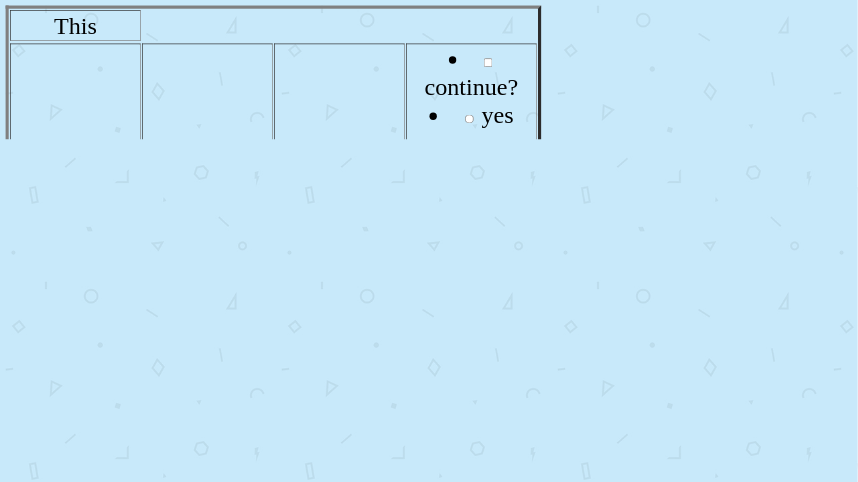
Repository: yiy225/yiy225.github.io
Page: page 3.html
The author's editor kept a record of every edit. The page is drawn from the files as they stood at one moment, then again after the next edit.
The browser window is 1280 px wide. The pictures show the whole page, at 67% of full size.

Above is the page before.

### page 3.html
<!DOCTYPE html>
<html>
    <head>
        <title>3rd page</title>
        <link href="styles 3.css" rel="stylesheet">
    </head>
    <body>

    <div class= div1></div>

    <div class= div2>
        <table border="5">
        <tr>
        <td>This</td>
        </tr>
        <tr>

        <tr>
        <td>&nbsp;</td>
        <td>&nbsp;</td>
        <td>&nbsp;</td>
        <td>
        	<li><input type="checkbox"> continue?</li>
        	<li><input type="radio" name="rad"> yes</li>
        	<li><input type="radio" name="rad"> no</li>
        </td>
        </tr>
        <tr>
        <td>&nbsp;</td>
        <td>&nbsp;</td>
        <td><input type="text" value="This is not an options page."></td>
        <td>&nbsp;</td>
        </tr>
        <tr>
        <td>&nbsp;</td>
        <td>
        	<li><input type="checkbox"> continue?</li>
        	<li><input type="radio" name="rad"> yes</li>
        	<li><input type="radio" name="rad"> no</li>
        </td>
        <td>&nbsp;</td>
        <td>&nbsp;</td>
        </tr>
        <tr>
        <td>&nbsp;</td>
        <td>&nbsp;</td>
        <td>&nbsp;</td>
        <td><input type="text" value="This is not an options page."></td>
        </tr>
        <tr>
        <td>&nbsp;</td>
        <td>&nbsp;</td>
        <td>
        	<li><input type="checkbox"> continue?</li>
        	<li><input type="radio" name="rad"> yes</li>
        	<li><input type="radio" name="rad"> no</li>
        </td>
        <td>&nbsp;</td>
        </tr>
        <tr>
        <td><input type="text" value="This is not an options page."></td>
        <td>&nbsp;</td>
        <td>&nbsp;</td>
        <td>&nbsp;</td>
        </tr>
        <td>&nbsp;</td>
        <td>&nbsp;</td>
        <td>&nbsp;</td>
        <td>
        	<li><input type="checkbox"> continue?</li>
        	<li><input type="radio" name="rad"> yes</li>
        	<li><input type="radio" name="rad"> no</li>
        </td>
        </tr>
        <tr>
        <td>&nbsp;</td>
        <td><input type="text" value="This is not an options page."></td>
        <td>&nbsp;</td>
        <td>&nbsp;</td>
        </tr>
        <tr>
        <td>
        	<li><input type="checkbox"> continue?</li>
        	<li><input type="radio" name="rad"> yes</li>
        	<li><input type="radio" name="rad"> no</li>
        </td>
        <td>&nbsp;</td>
        <td>&nbsp;</td>
        <td>&nbsp;</td>
        </tr>
        <tr>
        <td>&nbsp;</td>
        <td>&nbsp;</td>
        <td><input type="text" value="This is not an options page."></td>
        <td>&nbsp;</td>
        </tr>
        <tr>
        <td>&nbsp;</td>
        <td>
        	<li><input type="checkbox"> continue?</li>
        	<li><input type="radio" name="rad"> yes</li>
        	<li><input type="radio" name="rad"> no</li>
        </td>
        <td>&nbsp;</td>
        <td>&nbsp;</td>
        </tr>
        <tr>
        <td>&nbsp;</td>
        <td>&nbsp;</td>
        <td>&nbsp;</td>
        <td><input type="text" value="This is not an options page."></td>
        </tr>
        <tr>
        <td>&nbsp;</td>
        <td>&nbsp;</td>
        <td>
        	<li><input type="checkbox"> continue?</li>
        	<li><input type="radio" name="rad"> yes</li>
        	<li><input type="radio" name="rad"> no</li>
        </td>
        <td>&nbsp;</td>
        </tr>
        <tr>
        <td><input type="text" value="This is not an options page."></td>
        <td>&nbsp;</td>
        <td>&nbsp;</td>
        <td>&nbsp;</td>
        </tr>
        </tr>
        <td>&nbsp;</td>
        <td>&nbsp;</td>
        <td>&nbsp;</td>
        <td>
        	<li><input type="checkbox"> continue?</li>
        	<li><input type="radio" name="rad"> yes</li>
        	<li><input type="radio" name="rad"> no</li>
        </td>
        </tr>
        <tr>
        <td>&nbsp;</td>
        <td><input type="text" value="This is not an options page."></td>
        <td>&nbsp;</td>
        <td>&nbsp;</td>
        </tr>
        <tr>
        <td>
        	<li><input type="checkbox"> continue?</li>
        	<li><input type="radio" name="rad"> yes</li>
        	<li><input type="radio" name="rad"> no</li>
        </td>
        <td>&nbsp;</td>
        <td>&nbsp;</td>
        <td>&nbsp;</td>
        </tr>
        <tr>
        <td>&nbsp;</td>
        <td>&nbsp;</td>
        <td><input type="text" value="This is not an options page."></td>
        <td>&nbsp;</td>
        </tr>
        <tr>
        <td>&nbsp;</td>
        <td>
        	<li><input type="checkbox"> continue?</li>
        	<li><input type="radio" name="rad"> yes</li>
        	<li><input type="radio" name="rad"> no</li>
        </td>
        <td>&nbsp;</td>
        <td>&nbsp;</td>
        </tr>
        <tr>
        <td>&nbsp;</td>
        <td>&nbsp;</td>
        <td>&nbsp;</td>
        <td><input type="text" value="This is not an options page."></td>
        </tr>
        <tr>
        <td>&nbsp;</td>
        <td>&nbsp;</td>
        <td>
        	<li><input type="checkbox"> continue?</li>
        	<li><input type="radio" name="rad"> yes</li>
        	<li><input type="radio" name="rad"> no</li>
        </td>
        <td>&nbsp;</td>
        </tr>
        <tr>
        <td><input type="text" value="This is not an options page."></td>
        <td>&nbsp;</td>
        <td>&nbsp;</td>
        <td>&nbsp;</td>
        </tr>

        </table>

        <a href="page 4" class="seal"></a>
    </body>
</html>

### styles 3.css
body {
    background-image: url(geometry.jpg);
    background-repeat: repeat;
    font-size: 36px;
    font-family: 'Comic Sans MS', cursive;
    text-align: center;
}

.div2 {
    width: 800px;
    height: 200px;
    overflow-x: scroll;
    overflow-y: hidden

}


.seal {
   width: 80px;
   height: 80px;
   background-image: url(seal.png);
   background-repeat: no-repeat;
   display: block;
   text-indent: 100%;
   white-space: nowrap;
   overflow: hidden;
   position: relative;
   text-align:center;
   margin-left:auto;
   margin-right:auto;
   border-radius: 100%;
}


.seal:hover {
background-position: -80px 0;
}


.seal:active {
background-position: -160px 0;
}

After the next edit:
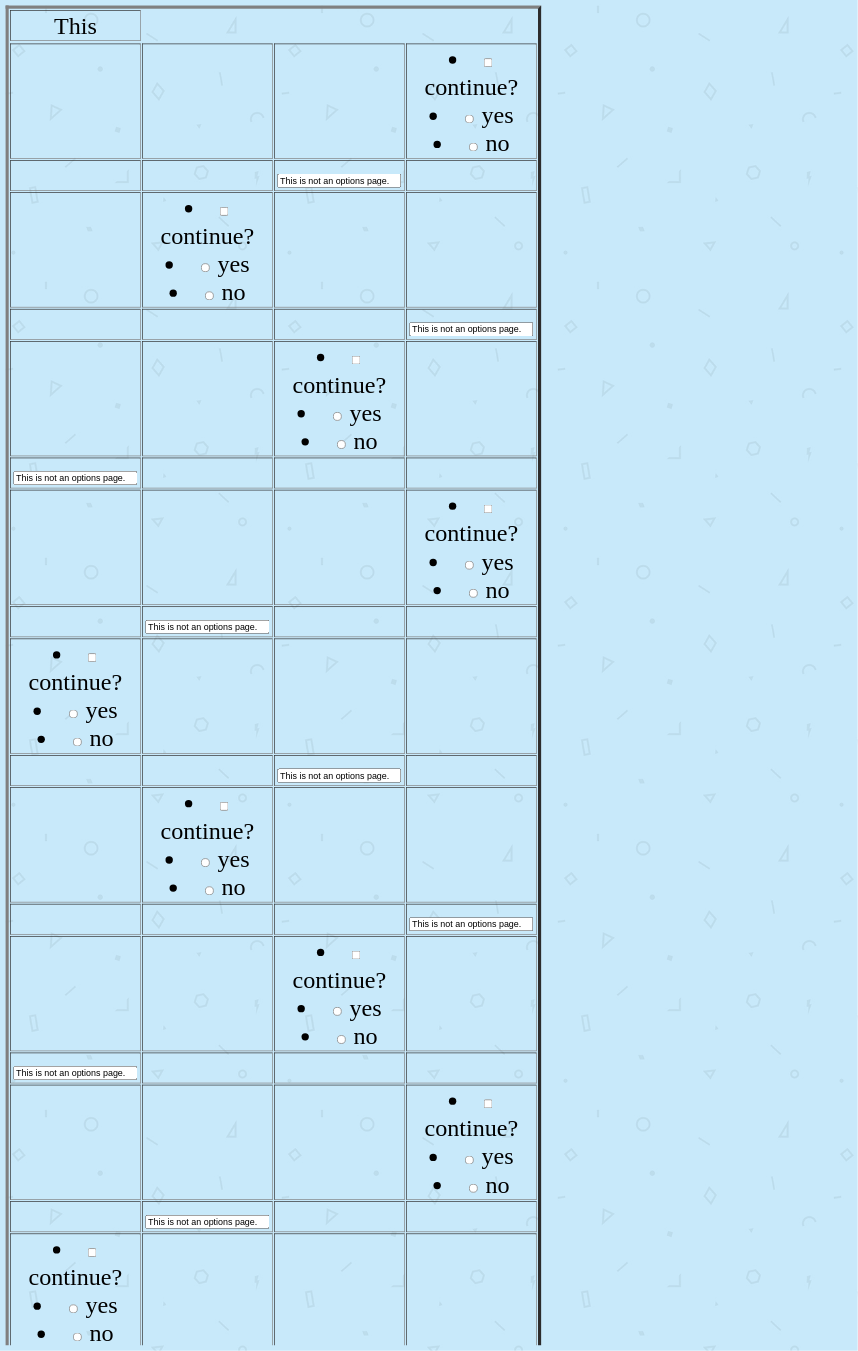
The edit:
--- a/styles 3.css
+++ b/styles 3.css
@@ -8,7 +8,7 @@
 
 .div2 {
     width: 800px;
-    height: 200px;
+    height: 2000px;
     overflow-x: scroll;
     overflow-y: hidden
 
